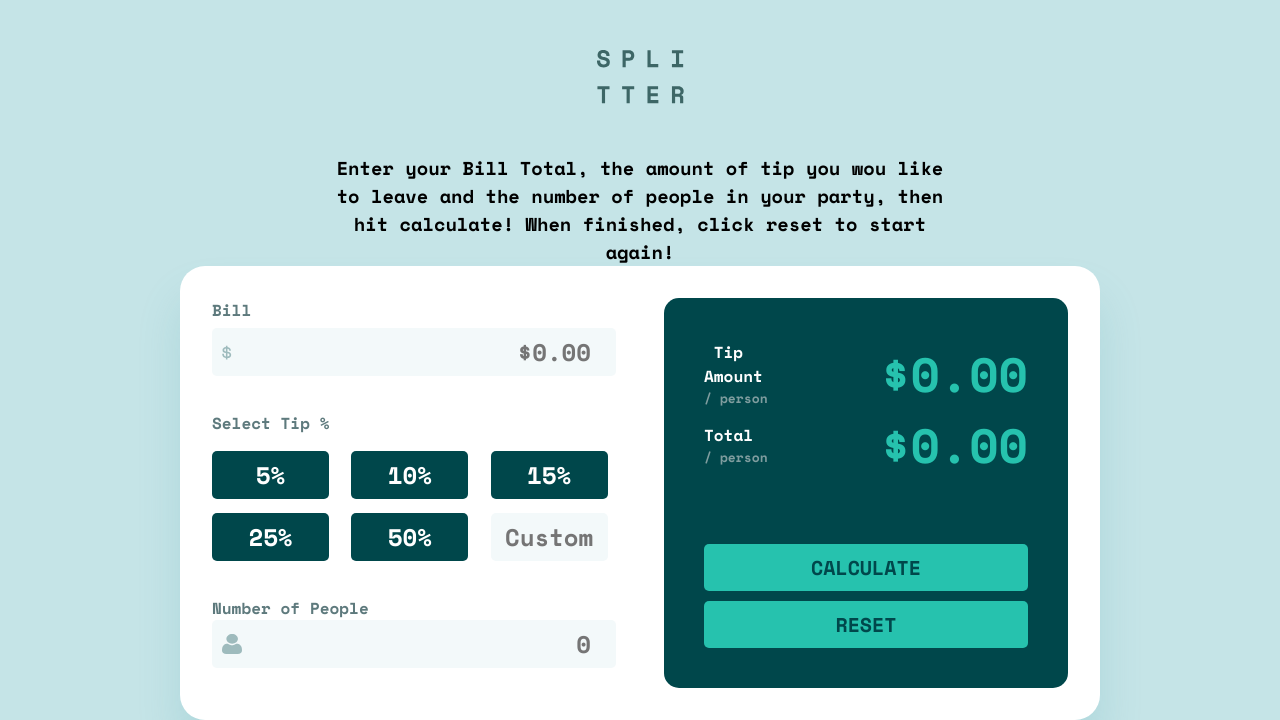
Repository: brandontaylor1/splitter
Page: index.html
An editor plug-in stored every save of this project. The page is shown before and after the next save, followed by the edit.
The browser window is 1280 px wide. The pictures show the whole page.

Above is the page before, as saved 2025-02-07 14:07:15.

### index.html
<!DOCTYPE html>
<html lang="en">
<head>
    <meta charset="UTF-8">
    <meta name="viewport" content="width=device-width, initial-scale=1.0">
    <link rel="preconnect" href="https://fonts.googleapis.com">
    <link rel="preconnect" href="https://fonts.gstatic.com" crossorigin>
    <link href="https://fonts.googleapis.com/css2?family=Space+Mono:ital,wght@0,400;0,700;1,400;1,700&display=swap" rel="stylesheet">
    <link rel="stylesheet" href="styles.css">
    <title>Splitter | Tip Calculator</title>
</head>
<body>
    <img src="./assets/images/logo.svg" id="logo-image" alt="logo image">
    <h1 class="error-message" id="form-error"></h1>
    <h3>Enter your Bill Total, the amount of tip you wou like to leave and the number of people in your party, then hit calculate! When finished, click reset to start again!</h3>
    <main class="container">
        <form>
            <div class="left-column">
                <div class="bill-input">
                    <div class="bill-titles">
                        <h2>Bill</h2>
                        <p class="error-message" id="bill-error"></p>
                    </div>
                    <div class="bill-input-with-icon">
                        <input type="number" min="0.00" max="10000.00" id="bill-input" placeholder="$0.00">
                    </div>
                </div>
                <div class="tip-input">
                    <div class="tip-titles">
                        <h2 id="select-tip-title">Select Tip %</h2>
                        <p class="error-message" id="tip-error"></p>
                    </div>
                    <div class="tip-buttons">
                        <button type="button" class="tip-button" value=".05">5%</button>
                        <button type="button" class="tip-button" value=".10">10%</button>
                        <button type="button" class="tip-button" value=".15">15%</button>
                        <button type="button" class="tip-button" value=".25">25%</button>
                        <button type="button" class="tip-button" value=".50">50%</button>
                        <input type="text" id="custom-tip" placeholder="Custom">
                    </div>
                </div>
                <div class="number-of-people-input">
                    <div class="people-titles">
                        <h2 id="number-of-people-title">Number of People</h2>
                        <p class="error-message" id="people-error"></p>
                    </div>
                    <div class="person-input-with-icon">
                        <input type="number" id="number-of-people-input" placeholder="0">
                    </div>
                </div>
            </div>
        </form>
        <div class="right-column">
                <div class="info-container">
                    <div class="tip-calculations">
                        <div class="tip-amount">
                            <div class="info">
                                <h3>Tip Amount</h3>
                                <p>/ person</p>
                            </div>
                            <div class="amount">
                                <h1 id="tip-amount">$0.00</h1>
                            </div>
                        </div>
                        <div class="total">
                            <div class="info">
                                <h3>Total</h3>
                                <p>/ person</p>
                            </div>
                            <div class="amount">
                                <h1 id="total-amount">$0.00</h1>
                            </div>
                        </div>
                    </div>
                    <div class="button-container">
                        <button type="button" id="calculate-button">
                            CALCULATE
                        </button>
                        <button type="button" id="reset-button">
                            RESET
                        </button>
                    </div>
        </div>
    </main>

    <script src="index.js"></script>
</body>
</html>

### styles.css
* {
    box-sizing: border-box;
    margin: 0;
    padding: 0;
}

:root {
    --background-color: #C5E4E7;
    --input-button-color: #00474B;
    --primary-white: #fff;
    --calculated-numbers-color: #26C2AE;
    --input-title-color: #5E7A7D;
    --input-background-color: #F3F9FA;
    --input-icon-color: #9EBBBD;
    --title-text-color: #3D6666;
    --custom-input-color: #547878;
}

/* UTILITY CLASSES */
.space-mono-regular {
    font-family: "Space Mono", serif;
    font-weight: 400;
    font-style: normal;
  }

  .space-mono-bold {
    font-family: "Space Mono", serif;
    font-weight: 700;
    font-style: normal;
  }

  .space-mono-regular-italic {
    font-family: "Space Mono", serif;
    font-weight: 400;
    font-style: italic;
  }

  .space-mono-bold-italic {
    font-family: "Space Mono", serif;
    font-weight: 700;
    font-style: italic;
  }


body {
    background-color: #C5E4E7;
    height: 100vh;
    width: 100%;
    display: flex;
    flex-direction: column;
    justify-content: center;
    align-items: center;
    font-family: "Space Mono", monospace;
}

#logo-image {
    margin: 50px 0;
}

h3 {
    width: 50%;
    text-align: center;
    color: ;
}

.container {
    background-color: var(--primary-white);
    width: 920px;
    height: 481px;
    border-radius: 25px;
    box-shadow: 0px 32px 43px 0px rgba(79, 166, 175, 0.20);
    display: grid;
    gap: 48px;
    grid-template-columns: 1fr 1fr;
    padding: 32px;
}

.left-column {
    display: flex;
    flex-direction: column;
    justify-content: space-between;
    width: 100%;
    height: 100%;
}

.right-column {
    grid-column: 2 / 3;
    width: 100%;
    height: 100%;
    border-radius: 15px;
    background-color: var(--input-text-color);
}

input {
    height: 48px;
    width: 100%;
    padding: 10px;
    display: flex;
    flex-direction: row;
    justify-content: space-between;
    background-color: var(--input-background-color);
    border: none;
    border-radius: 5px;
    margin-bottom: 20px;
}

.person-input-with-icon input{
    width: 100%;
    font-family: "Space Mono", monospace;
    font-size: 24px;
    color: #00474B;
    font-weight: 600;
    background-image: url("./assets/images/icon-person.svg");
    background-repeat: no-repeat;
    background-position: 10px center;
    background-size: 20px 20px;
    text-align: right;
}

#bill-input {
    width: 100%;
    font-family: "Space Mono", monospace;
    font-size: 24px;
    font-weight: 600;
}

#number-of-people-input {
    width: 100%;
    font-family: "Space Mono", monospace;
    font-size: 24px;
    color: #00474B;
    font-weight: 600;
}

.bill-input-with-icon input {
    width: 100%;
    font-family: "Space Mono", monospace;
    font-size: 24px;
    color: #00474B;
    font-weight: 600;
    background-image: url("./assets/images/icon-dollar.svg");
    background-repeat: no-repeat;
    background-position: 10px center;
    background-size: auto 15px;
    text-align: right;
}

.bill-input h2 {
    font-size: 16px;
    color: var(--input-title-color);
    margin-bottom: 6px;
}

.tip-buttons {
    display: grid;
    grid-template-columns: repeat(3, 1fr);
    gap: 14px;
}

#select-tip-title {
    color: #5E7A7D;
    font-size: 16px;
    margin-bottom: 16px;
}

.tip-button {
    width: 117px;
    height: 48px;
    flex-shrink: 0;
    border: none;
    border-radius: 5px;
    background-color: #00474B;
    color: var(--primary-white);
    font-family: "Space Mono", monospace;
    font-size: 24px;
    font-weight: 600;
}


.tip-button:hover {
    background-color: #26C2AE;
    color: #00474B;
}

.active {
    background-color: #26C2AE;
    color: #00474B;
}

.disabled {
    background-color: #00474B;
    color: #5E7A7D;
    opacity: .5;
}

#custom-tip {
    width: 117px;
    height: 48px;
    flex-shrink: 0;
    text-align: center;
    font-size: 24px;
    font-weight: 600;
    font-family: "Space Mono", monospace;
}

#number-of-people-title {
    color: #5E7A7D;
    font-size: 16px;
}


.right-column {
    background-color: #00474B;
    padding: 40px;
    display: flex;
    flex-direction: column;
    justify-content: space-between;
}

.info-container {
    display: flex;
    flex-direction: column;
    justify-content: space-between;
    height: 100%;

}

.tip-amount, .total {
    display: flex;
    flex-direction: row;
    justify-content: space-between;
    align-items: center;
    color: var(--primary-white);
}

.amount {
    color: #26C2AE;
    font-size: 24px;
    font-family: "Space Mono", monospace;
}

.info h3 {
    font-size: 16px;
    color: var(--primary-white);
}

.info p {
    font-size: 13px;
    color: #7F9D9F;
    font-family: "Space Mono", monospace;
    font-weight: 700;
}

.button-container {
    display: flex;
    flex-direction: column;


}

#calculate-button   {
    padding: 9px 40px;
    text-align: center;
    border: none;
    cursor: pointer;
    background-color: #26C2AE;
    color: #00474B;
    border-radius: 5px;
    font-size: 20px;
    font-weight: 600;
    font-family: "Space Mono", monospace;
    margin-bottom: 10px;
}

#reset-button {
    padding: 9px 40px;
    text-align: center;
    border: none;
    cursor: pointer;
    background-color: #26C2AE;
    color: #00474B;
    border-radius: 5px;
    font-size: 20px;
    font-weight: 600;
    font-family: "Space Mono", monospace;
}

.error-message {
    color: red;
    font-size: 10px;
}

.bill-titles, .people-titles, .tip-titles {
    display: flex;
    flex-direction: row;
    justify-content: space-between;
    align-items: center;
}

#form-error {
    font-size: 18px;
}

@media screen and (max-width: 852px) {
    .container {
        width: 90%;
        height: 100%;
        display: flex;
        flex-direction: column;
        justify-content: space-between;
        padding: 20px;
    }

    .right-column {
        grid-column: 1 / 2;
        width: 100%;
        height: 100%;
        border-radius: 15px;
        background-color: var(--input-text-color);
    }

    .left-column {
        display: flex;
        flex-direction: column;
        justify-content: space-between;
        width: 100%;
        height: 100%;
    }

    .right-column {
        background-color: #00474B;
        padding: 40px;
        display: flex;
        flex-direction: column;
        justify-content: space-between;
    }

    .info-container {
        display: flex;
        flex-direction: column;
        justify-content: space-between;
        height: 100%;
    }

    .tip-amount, .total {
        display: flex;
        flex-direction: row;
        justify-content: space-between;
        align-items: center;
        color: var(--primary-white);
    }

    .amount {
        color: #26C2AE;
        font-size: 24px;
        font-family: "Space Mono", monospace;
    }

    .info h3 {
        font-size: 16px;
        color: var(--primary-white);
    }

    .info p {
        font-size: 13px;
        color: #7F9D9F;
        font-family: "Space Mono", monospace;
        font-weight: 700;
    }

    .button-container {
        display: flex;
        flex-direction: column;
    }

    #calculate-button   {
        padding: 9px 40px;
        text-align: center;
        border: none;
        cursor: pointer;
        background-color: #26C2AE;
        color: #00474B;
        border-radius: 5px;
        font-size: 20px;
        font-weight: 600;
        font-family: "Space Mono", monospace;
        margin-bottom: 10px;
    }

    #reset-button {
        padding: 9px 40px;
        text-align: center;
        border: none;
        cursor: pointer;
        background-color: #26C2AE;
    }
}

### index.js
const billInput = document.querySelector("#bill-input");
const peopleInput = document.querySelector("#number-of-people-input");
const tipAmountElement = document.getElementById("tip-amount");
const totalAmountElement = document.getElementById("total-amount");
const tipButtons = document.querySelectorAll('.tip-button')

const calculateBtn = document.querySelector("#calculate-button");
const resetBtn = document.querySelector("#reset-button");
const formError = document.querySelector('#form-error')
const peopleError = document.querySelector("#people-error");
const billError = document.querySelector('#bill-error')
const tipError = document.querySelector('#tip-error')

let billAmount = 0
let tipPercentage = 0
let numberOfPeople = 0

tipButtons.forEach(button => {
    button.addEventListener('click', () => {
        if(button.classList.contains('active')) {
            button.classList.remove('active')
        } else {
            button.classList.add('active')
        }
        tipPercentage = button.value
        console.log(tipPercentage)
    })
})

function validateAmount(input) {
    if(!isNaN(input) && input !== "" && input > 0) {
        const dollarAmount = parseFloat(input);
        billAmount = dollarAmount;
    } else {
        console.log("Invalid input. Please enter a valid number");
        billError.textContent = "Please enter a valid number";
    }
}

function validatePeople(input) {
    if(!isNaN(input) && input !== "" && input > 0) {
        const people = parseFloat(input);
        numberOfPeople = people;
        console.log(numberOfPeople)
    } else {
        console.log("Invalid input. Please enter a valid number");
        peopleError.textContent = "Please enter a valid number";
    }
}

function calculateTipAmount(bill, tipCalculated, people) {
    return (bill * tipCalculated) / people
}

function calculateTotalAmount(bill, tipAmount, people) {
    return (bill + tipAmount) / people

}

calculateBtn.addEventListener("click", () => {
    let hasError = false;

    // if(billAmount === undefined || tipPercentage === undefined || numberOfPeople === undefined) {
    //     formError.innerText = "Please fill out all fields";
    //     hasError = true;
    // }

    if (billAmount === undefined || billAmount === "" || billAmount === 0) {
        billError.innerText = "Please enter a bill amount";
        hasError = true;
        tip.innerText = "$0.00";
        total.innerText = "$0.00";
    } else {
        billError.innerText = "";
    }

    if (tipPercentage === undefined || tipPercentage === "" || tipPercentage === 0) {
        tipError.innerText = "Please select a tip percentage";
        hasError = true;
        tip.innerText = "$0.00";
        total.innerText = "$0.00";
    } else {
        tipError.innerText = "";
    }

    if (numberOfPeople === undefined || numberOfPeople === "" || numberOfPeople === 0) {
        peopleError.innerText = "Please enter a valid number";
        hasError = true;
        tip.innerText = "$0.00";
        total.innerText = "$0.00";
    } else {
        peopleError.innerText = "";
    }


    const tipAmount = calculateTipAmount(billAmount, tipPercentage, numberOfPeople)
    const totalAmount = calculateTotalAmount(billAmount, tipAmount, numberOfPeople)

    tipAmountElement.innerText = `$${tipAmount.toFixed(2)}`;
    totalAmountElement.innerText = `$${totalAmount.toFixed(2)}`;

    calculateBtn.disabled = true;

})

resetBtn.addEventListener("click", () => {
    billInput.value = ""
    peopleInput.value = ""
    tipAmount = 0
    totalBill = 0
    tipAmountElement.innerText = "$0.00"
    totalAmountElement.innerText = "$0.00"
    tipButtons.forEach(button => {
        button.classList.remove('active')
    })
    tipPercentage = 0
    billAmount = 0
    numberOfPeople = 0
    formError.innerText = ""
    billError.innerText = ""
    tipError.innerText = ""
    peopleError.innerText = ""

    calculateBtn.disabled = false

})

billInput.addEventListener("input", () => {
    console.log(billInput.value);
    validateAmount(billInput.value);
})

peopleInput.addEventListener("input", () => {
    console.log(peopleInput.value);
    validatePeople(peopleInput.value);
})

After the next save:
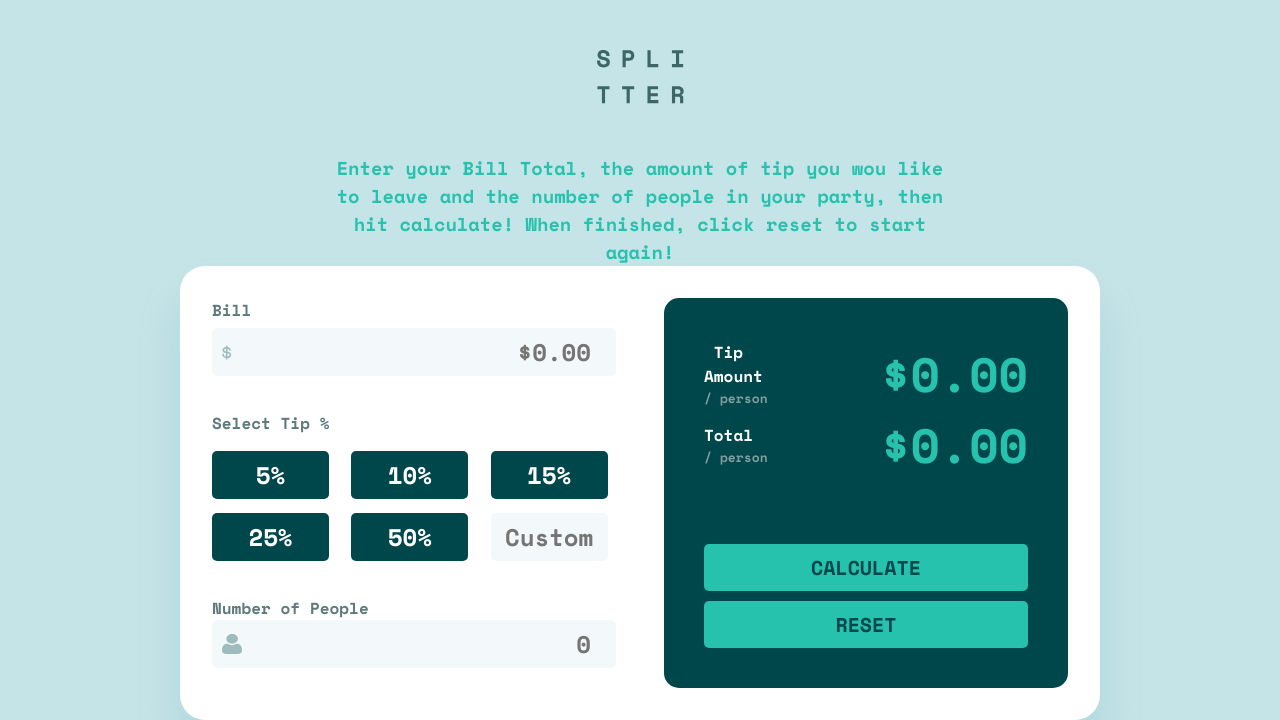
Saved 4 s later.
--- a/styles.css
+++ b/styles.css
@@ -60,7 +60,7 @@
 h3 {
     width: 50%;
     text-align: center;
-    color: ;
+    color: #26C2AE;
 }
 
 .container {

After the save that followed:
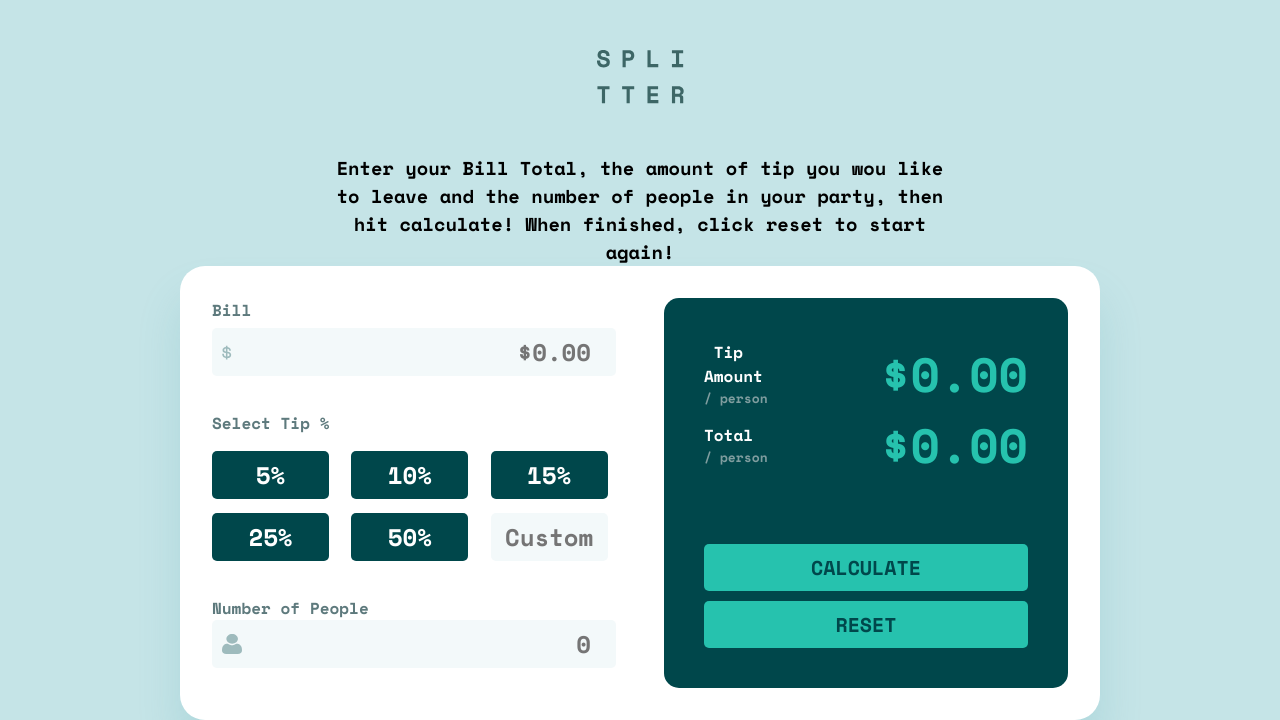
Saved 5 s later.
--- a/styles.css
+++ b/styles.css
@@ -60,7 +60,7 @@
 h3 {
     width: 50%;
     text-align: center;
-    color: #26C2AE;
+    color: ;
 }
 
 .container {
